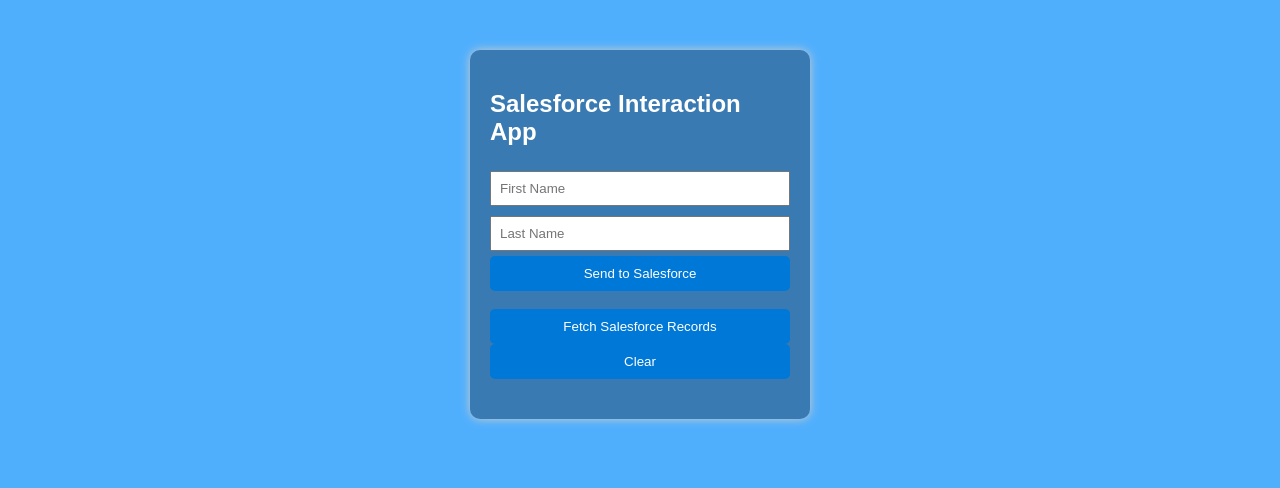
Repository: PamodaW/SalesforceSync
Page: Client/index.html
The author's editor kept a copy of each file at every save. The page is drawn from the files as they stood at one save, then again after the next save.
The browser window is 1280 px wide. The pictures show the whole page.

Above is the page before, as saved 2024-11-20 15:34:09.

After the next save:
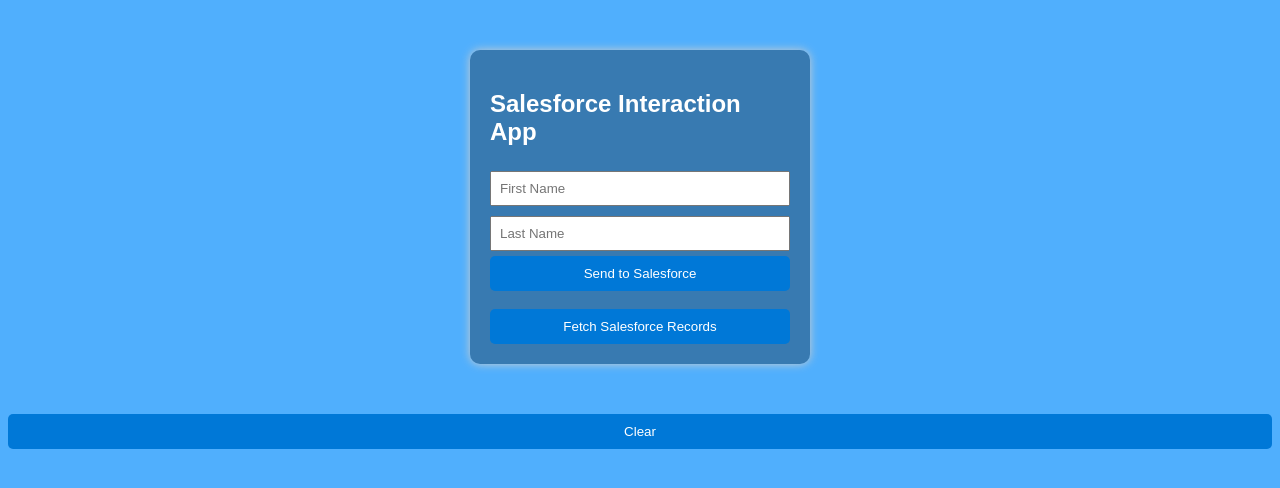
Saved 6 s later.
--- a/Client/index.html
+++ b/Client/index.html
@@ -20,7 +20,7 @@
         </form>
         <br/>
         <button onclick="fetchRecords()">Fetch Salesforce Records</button>
-        <br/>
+        <br/></div>
         <button onclick="ClearArea()">Clear</button>
         <div id="output"></div>
     </div>
